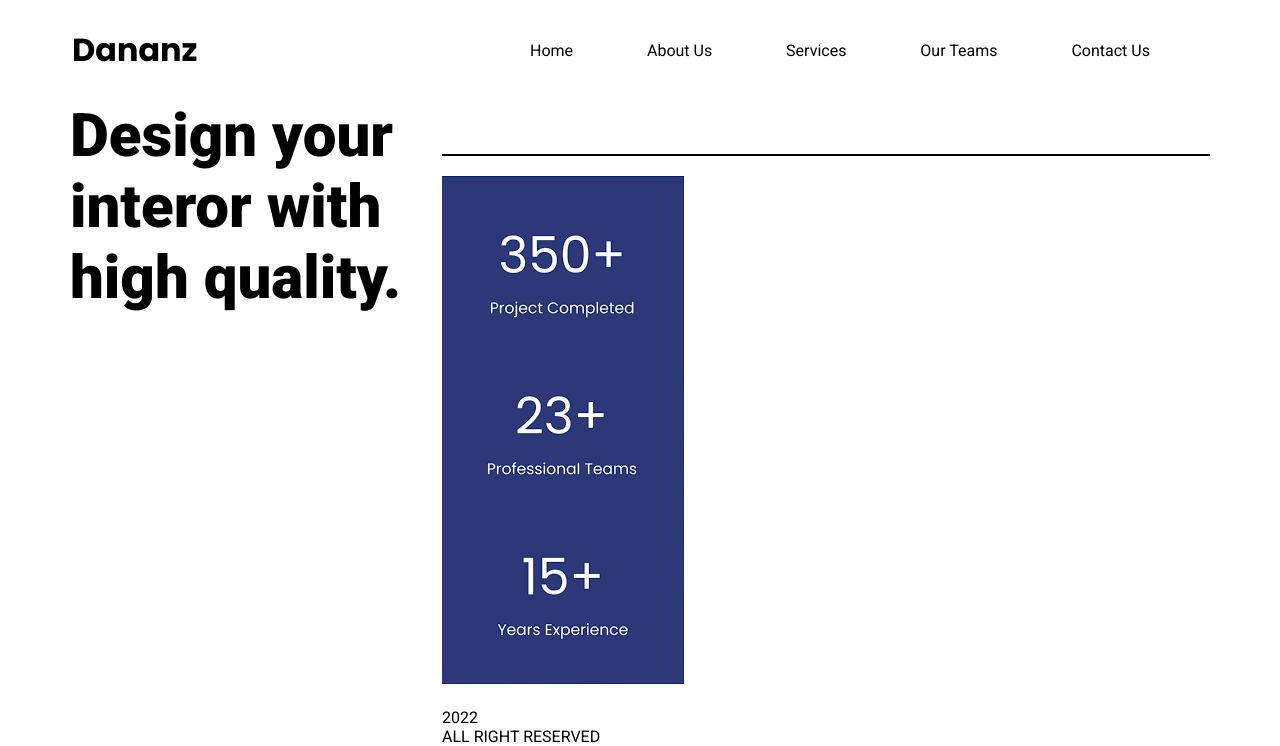
Repository: AsadKasimov/disain
Page: index.html
The author's editor kept a copy of each file at every save. The page is drawn from the files as they stood at one save, then again after a run of saves.
The browser window is 1280 px wide. The pictures show the whole page.

Above is the page before, as saved 2023-04-20 12:38:51.

### index.html
<!DOCTYPE html>
<html lang="en">
<head>
    <meta charset="UTF-8">
    <meta http-equiv="X-UA-Compatible" content="IE=edge">
    <meta name="viewport" content="width=device-width, initial-scale=1.0">
    <title>F</title>
    <link rel="stylesheet" href="./style.css">
</head>
<body>

    <div class="wrapper">
        <header class="header">
            <!-- Шапка -->
            <div class="logo">
                <img src="./img/Dananz.png" alt="">
            </div>

            <!-- Меню сайта -->
            <nav class="nav">
                <ul>
                    <li>Home</li>
                    <li>About Us</li>
                    <li>Services</li>
                    <li>Our Teams</li>
                    <li>Contact Us</li>

                </ul>
            </nav>

            <!-- Иконка бургерменю -->
            <div class="burger">
                <span></span>
            </div>
        </header>
        <div class="menu">
            <div class="text-menu">
                <h1>Design your interor with high quality.</h1>
            </div>
            <div class="text-line">
                <hr class="text-line-l">
                <div class="h-pic">
                    <img src="./img/rec.png" alt="">
                </div>
                <div class="img-t">
                   <p>2022<br>ALL RIGHT RESERVED</p>
                </div>
            </div>


        </div>
        <div class="h-pic2">
            <img src="./img/rec.png" alt="">
        </div>
    </div>



    <script>
        document.querySelector('.burger').addEventListener('click', function() {
            this.classList.toggle('active');
            document.querySelector('.nav').classList.toggle('open');
        })
    </script>
</body>
</html>

### style.css
@import url('https://fonts.googleapis.com/css2?family=Roboto:ital,wght@0,100;0,300;0,400;0,500;0,900;1,100;1,300;1,400;1,500;1,700;1,900&display=swap');

html, body {
  height: 100%;
  width: 100%;

}

body {
  display: flex;
  flex-direction: column;
  font-family: 'Roboto', sans-serif;
  background-color: #fff;
  /* overflow: hidden; */

}

*{
  padding: 0;
  margin: 0;
  box-sizing: border-box;
}

.wrapper{
  flex-grow: 1;
}

.open{
  display: flex !important;
}

.header{
  display: flex;
  align-items: center;
  justify-content: space-between;
  min-height: 100px;
  background-color: #fff;
  color: #000;
  padding: 0 90px;
}

.logo{
  display: flex;
  justify-content: center;
  flex-direction: column;
  align-items: center;

  width: 90px;
  height: 90px;
}

.nav{
  display: flex;
  width: 700px;
  padding: 0 40px;
}

.nav ul{
  width: 100%;
  list-style: none;
  display: flex;
  justify-content: space-between;
}

.burger{
  display: none;
  position: relative;
  z-index: 50;
  align-items: center;
  justify-content: flex-end;
  width: 30px;
  height: 18px;
}

.burger span{
  height: 2px;
  width: 80%;
  transform: scale(1);
  background-color: #000;
}

.burger::before, .burger::after{
  content: '';
  position: absolute;
  height: 2px;
  width: 100%;
  background-color: #000;
  transition: all 0.3s ease 0s;
}

.burger::before { top: 0 }

.burger::after { bottom: 0 }


.burger.active span { transform: scale(0) }

.burger.active::before{
  top: 50%;
  transform: rotate(-45deg) translate(0, -50%);
}

.burger.active::after{
  bottom: 50%;
  transform: rotate(45deg) translate(0, 50%);
}

h1 {
  display: block;
  font-size: 2em;
  margin-block-start: 0;
  margin-block-end: 0;
  margin-inline-start: 0px;
  margin-inline-end: 0px;
  font-weight: bold;
}

.menu{
  display: flex;
  justify-content: flex-start;
  padding: 0 70px;
  align-items:baseline;

}

.text-menu{
  font-weight: 700;
  font-size: 30px;
  width: 500px;
}

hr.text-line-l{
  border: 1px solid black;
  width: 60vw;

}

.text-line{
  display: flex;
  flex-direction: column;
  gap: 20px;
}

.h-pic2{
  display: none;
}



@media (max-width: 700px) {

  .h-pic{
    display: none;
  }


  .h-pic2{
    display: block;
  }


  hr.text-line-l {
    border: 1px solid black;
    height: 100%;
    width: 0px;
  }



  .menu{
    display: flex;
    justify-content: flex-start;
    padding: 0 20px;
    align-items:normal;
    gap: 23%;
  }

  .text-menu{
    width: 70%;
    font-size: 22px;

  }

  .header{
    display: flex;
    align-items: center;
    justify-content: space-between;
    min-height: 100px;
    background-color: #fff;
    color: #000;
    padding: 0 40px;
  }

  .nav{
    display: flex;
    width: 700px;
    padding: 0 40px;
  }

  .burger { display: flex }

  .nav{
      display: none;
      flex-direction: column;
      position: fixed;
      height: 100%;
      width: 100%;
      top: 0; bottom: 0; left: 0; right: 0;
      z-index: 50;
      overflow-y: auto;
      padding: 50px 40px;
      background-color: ghostwhite;

  }

  .nav ul{
      flex-direction: column;
      row-gap: 30px;
  }
}

After the next 4 saves:
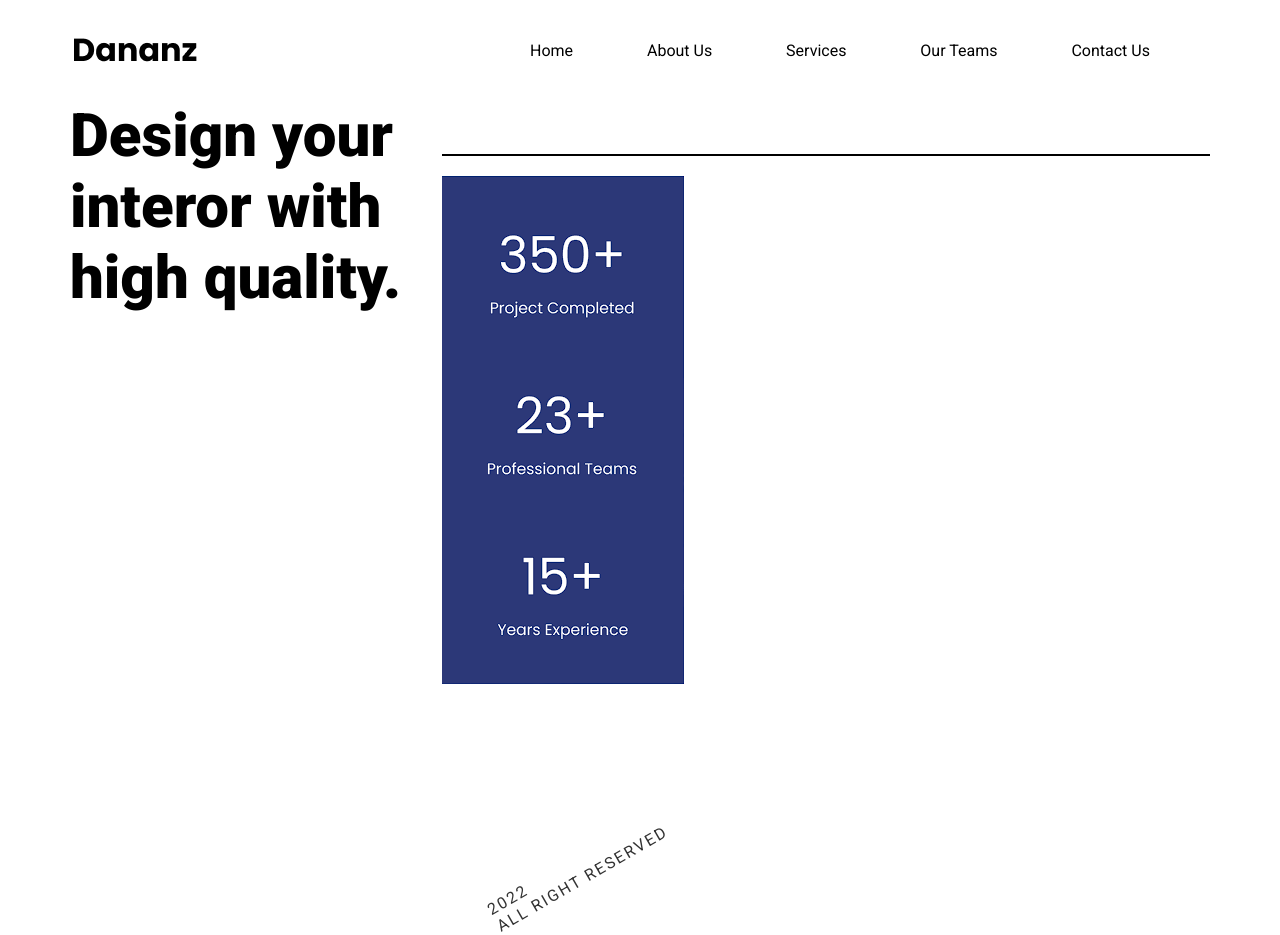
The 4 saves are shown as one change because they came seconds apart.
The last was saved 13 s later.
--- a/style.css
+++ b/style.css
@@ -145,7 +145,12 @@ hr.text-line-l{
   display: none;
 }
 
-
+.img-t{
+  text-transform: uppercase;
+  letter-spacing: 2px;
+  color: #333;
+  transform: rotate(-30deg);
+}
 
 @media (max-width: 700px) {
 
